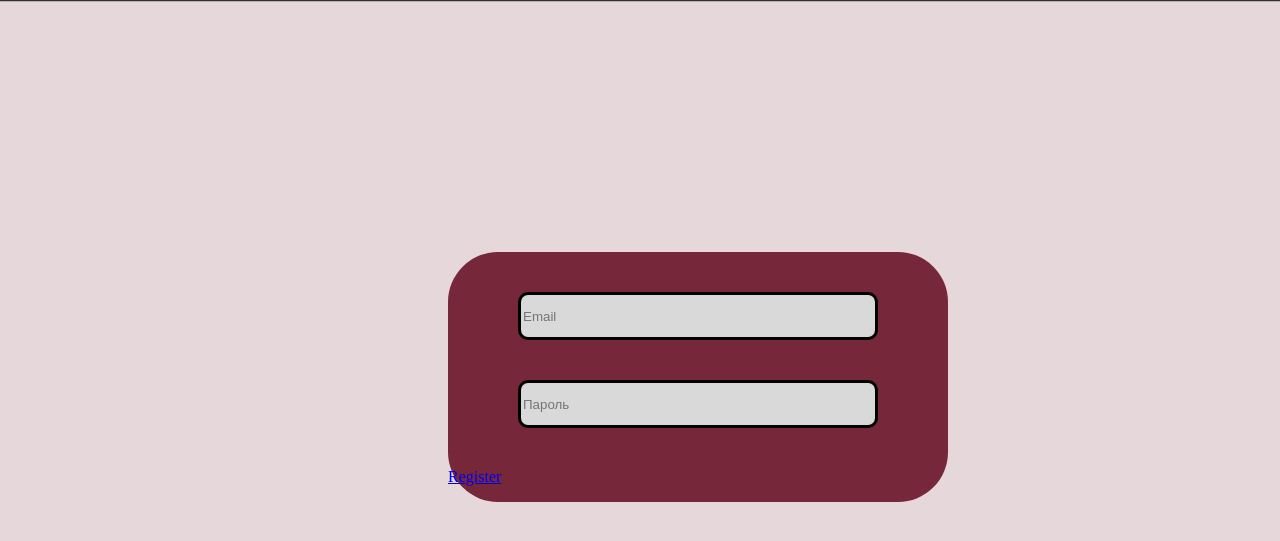
Repository: Kotya2001/FuzzyOps-App
Page: /login (app in frontend/my-app/)
These files come from the project's save history. The page is drawn as it stood at one moment and after a run of saves; the edit follows.
The browser window is 1280 px wide. The pictures show the whole page.
The pointer rests on the first visible `.type-1`.
The project was rebuilt for these pictures with package versions that can differ from the ones it lists, and the page was loaded fresh each time. Also part of the build but not shown: frontend/my-app/src/pages/Item.js, frontend/my-app/src/pages/Base.js, frontend/my-app/src/pages/Resources.js, frontend/my-app/src/pages/Register.js.

Above is the page before, as saved 2022-09-18 17:51:53.

After the next 3 saves:
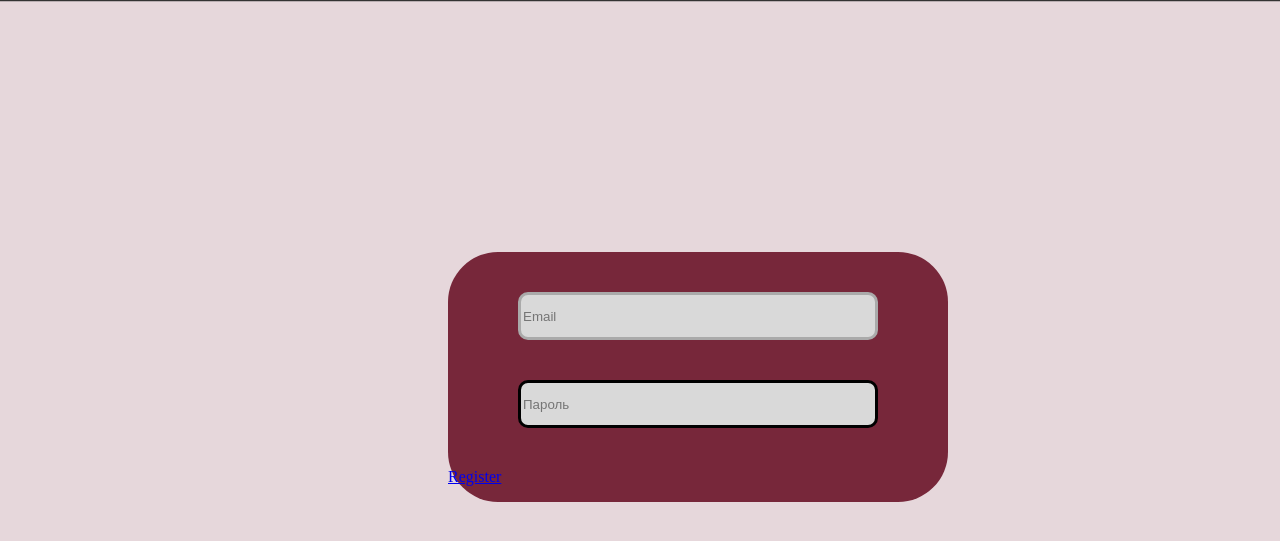
The 3 saves are shown as one change because they came seconds apart.
The last was saved 53 s later.
--- a/frontend/my-app/src/Styles.css
+++ b/frontend/my-app/src/Styles.css
@@ -121,6 +121,9 @@
   border: 3px solid #000000;
   transition: .3s border-color;
 }
+.type-1:hover {
+  border: 3px solid #aaa;
+}
 
 @font-face {
   font-family: "Rounded Mplus 1c ExtraBold";

After the save that followed:
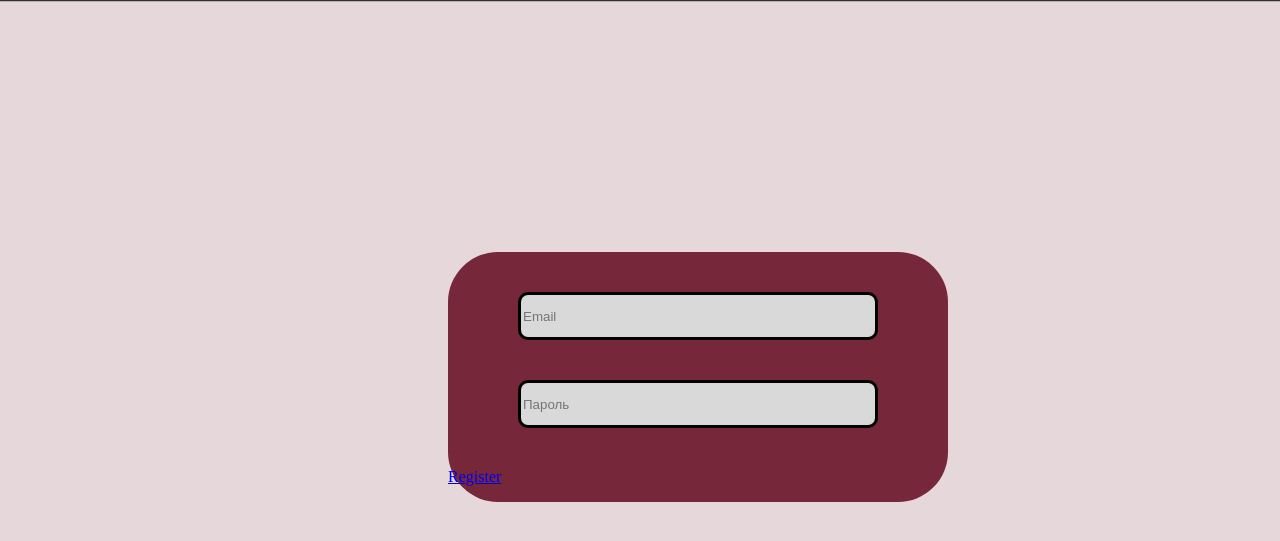
Saved 6 s later.
--- a/frontend/my-app/src/Styles.css
+++ b/frontend/my-app/src/Styles.css
@@ -122,7 +122,7 @@
   transition: .3s border-color;
 }
 .type-1:hover {
-  border: 3px solid #aaa;
+  border: 3px solid #000000;
 }
 
 @font-face {
